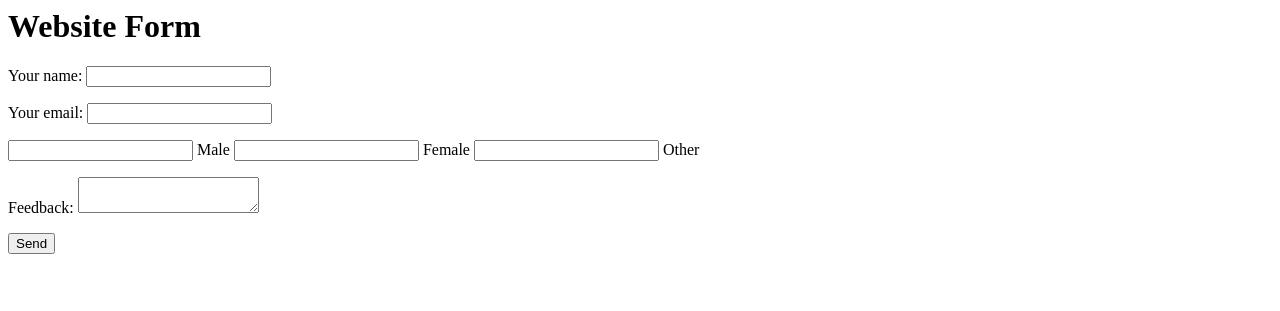
Repository: getzt1/web-design-class
Page: web pages/personal-site/form.html
The author's editor kept a record of every edit. The page is drawn from the files as they stood at one moment, then again after the next edit.
The browser window is 1280 px wide. The pictures show the whole page.

Above is the page before.

After the next edit:
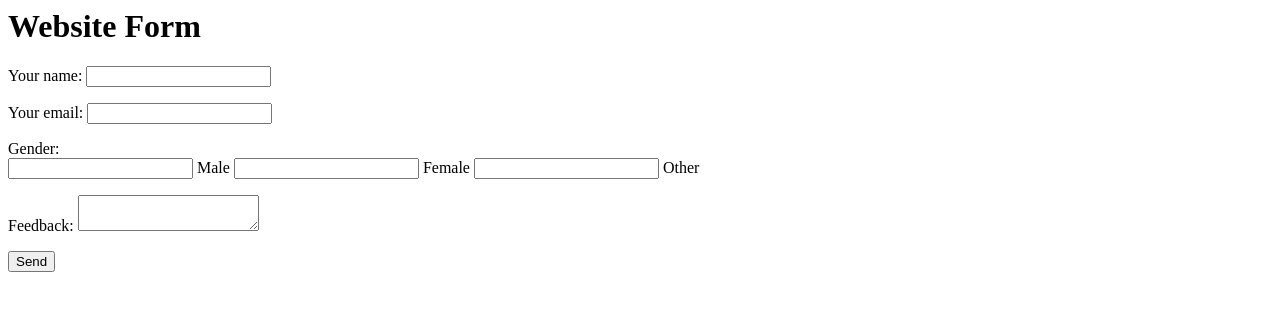
The edit:
--- a/web pages/personal-site/form.html
+++ b/web pages/personal-site/form.html
@@ -13,6 +13,7 @@
     <input type="text" name="_replyto"></p>
   </label>
 
+ <p> Gender: <br />
         <input type="gender" name="choose" checked="checked" /> Male
         <input type="gender" name="choose" /> Female
         <input type="gender" name="choose" /> Other
